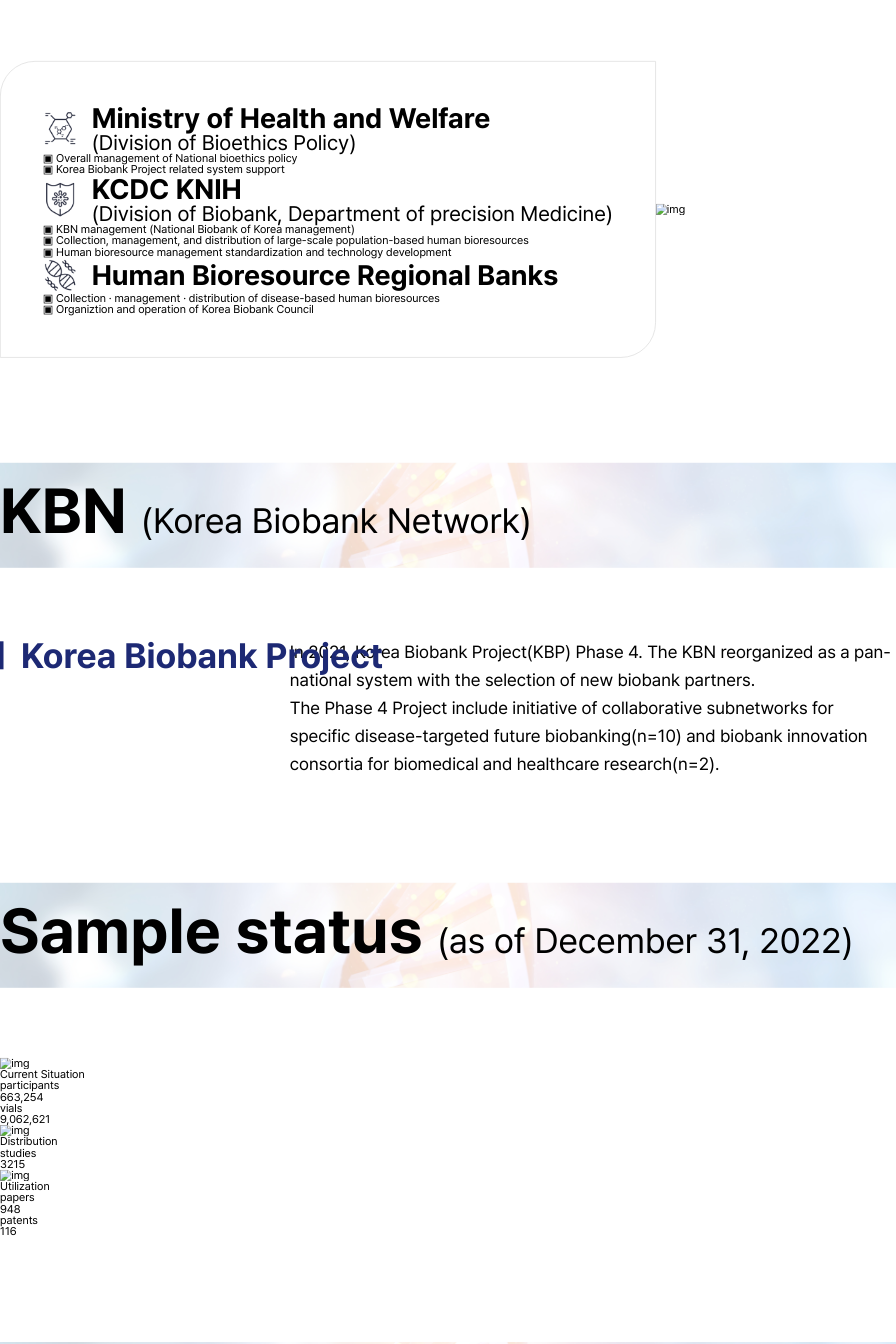
Repository: dlgywls1130/kbn_makedit
Page: index.html
An editor plug-in stored every save of this project. The page is shown before and after the next save, followed by the edit.
The browser window is 1280 px wide. The pictures show the part of the page from y = 1893 to 3813 px (the page is 4991 px tall before and 4994 px after), at 70% of full size.
Some web libraries are served in a nearby version.

Above is the page before, as saved 2023-10-15 16:19:44.

### index.html
<!DOCTYPE html>
<html lang="en">
<head>
    <meta charset="UTF-8">
    <meta name="viewport" content="width=device-width, initial-scale=1.0">
    <title>KBN</title>

    <link rel="stylesheet" href="./css/reset.css">
    <link rel="stylesheet" href="./css/style.css">

    <!-- slick css -->
    <link rel="stylesheet"  type="text/css" href="./css/slick.css">

</head>
<body>

    <!-- header -->
    <header>
        <div class="header_wrapper">
            <div class="header_logo">
                <img src="./image/logo.png" alt="logo">
            </div>
            <ul class="nav_list">
                <li><a href="#about"> About us</a></li>
                <li><a href="#kbn">KBN</a></li>
                <li><a href="#sample">Sample status</a></li>
                <li><a href="#distribution">Distribution procedure</a></li>
                <li><a href="#biobanks">KBN Biobanks</a></li>
            </ul>
            <div class="header_en">
                <div class="en_icon">
                    <img src="./image/language.png" alt="icon">
                </div>
                <p>EN</p>
            </div>
        </div>

    </header>


    <!-- main banner -->
    <section>
        <div class="main_banner">
            <div class="slide_wrap">
                <div class="slide_list first-slide">
                    <div class="slide_content">
                        <h2 class="slide_title">
                            The Biggest Disease-based
                            <Br>Human Biobank Network of Korea
                        </h2>
                        <p class="slide_sub">
                            KBN, the largest biobank network in korea, collects, manages, and holds disease-based
                            <Br>human bioresources, i.e. various samples of more than 600,000 individuals.
                        </p>
                    </div>
                </div>
                <div class="slide_list second-slide">
                    <div class="slide_content">
                        <h2 class="slide_title">
                            KBN Distribution Support Center
                        </h2>
                        <p class="slide_sub">
                            The Center provides human bioresources, and clinical and epidemiological information
                            <Br> held by KBN biobanks nationwide and actively supports the distribution.

                        </p>
                    </div>
                </div>
                <div class="slide_list three-slide">

                    <div class="slide_content">
                        <h2 class="slide_title">
                            KBN Provides On-line Searching Database
                            <Br>and Operates Distribution Support Center
                        </h2>
                        <p class="slide_sub">
                            Researchers conduct KBN human bioresource search, while the distribution support
                            <Br>center provides services customized to individual users.
                        </p>
                    </div>
                </div>
            </div>
        </div>
    </section>

    <!-- about us -->
    <section id="about">
        <div class="about_wrap">
            <div class="content_width">
                <h2 class="section_title">About us</h2>
            </div>

            <div class="about-us">
                <div class="about_content">
                    <div class="content_list mb-100">
                        <div class="list_main">
                            KBN Portal
                        </div>
                        <div class="list_descript">
                            <p class="mb-50">The Korea Biobank Network’s Human Bioresource Sharing and Access Platform, established in 2019, aims
                            to expand the accessibility of the disease-based bioresources collected through KBN and develop a
                            system to collect high-quality standard clinical information, thereby establishing a distribution support
                            system tailored to researchers.</p>

                            <p>The KBN portal is the largest shared open platform for disease-based resource owned by KBN biobanks
                            involved in KDCA(Korea Disease Control and Prevention Agency) KBP(Korea Biobank Project).
                            It discloses and shares related information including disease-based resource status, systematic search,
                            efficient distribution, and utilization outcomes to researchers in order to improve the efficient utilization of
                            national disease-based resources.</p>
                        </div>
                    </div>
                    <div class="content_list">
                        <div class="list_main">
                            Structure
                        </div>
                        <div class="list_descript">
                            <p>Structure is organized by the Ministry of Health and Welfare(Division of Bioethics Policy), the KDCA Korea
                                National Institute of Health(Division of Biobank, Department of precision Medicine), KBN Biobanks.</p>
                        </div>
                    </div>
                </div>
                <div class="about_acodian">
                    <div class="acodian_list">
                        <div class="accordion-item">
                            <h3 class="title">
                                <div class="acodian_icon">
                                    <img src="./image/about_ico1.png" alt="icon">
                                </div>
                                <p>Ministry of Health and Welfare
                                    <span>(Division of Bioethics Policy)</span>
                                </p>

                            </h3>
                            <div class="paragraph">
                                <p>▣ Overall management of National bioethics policy</p>
                                <p>▣ Korea Biobank Project related system support</p>
                            </div>
                        </div>
                        <div class="accordion-item">
                            <h3 class="title">
                                <div class="acodian_icon">
                                    <img src="/image/about_ico2.png" alt="icon">
                                </div>
                                <p>KCDC KNIH
                                    <span>(Division of Biobank, Department of precision Medicine)</span>
                                </p>

                            </h3>
                            <div class="paragraph">
                                <p>▣ KBN management (National Biobank of Korea management)</p>
                                <p>▣ Collection, management, and distribution of large-scale population-based human bioresources </p>
                                <p>▣ Human bioresource management standardization and technology development</p>
                            </div>
                        </div>
                        <div class="accordion-item">
                            <h3 class="title">
                                <div class="acodian_icon">
                                    <img src="/image/about_ico3.png" alt="icon">
                                </div>
                                <p>Human Bioresource Regional Banks</p>

                            </h3>
                            <div class="paragraph">
                                <p>▣ Collection · management · distribution of disease-based human bioresources</p>
                                <p>▣ Organiztion and operation of Korea Biobank Council</p>
                            </div>
                        </div>
                    </div>
                    <div class="acodian_circle">
                        <img src="" alt="img">
                    </div>
                </div>
            </div>
        </div>

    </section>

    <!-- kbn -->

    <section id="kbn">
        <div class="kbn_wrap">
            <div class="content_width">
                <h2 class="section_title">KBN <span>(Korea Biobank Network)</span></h2>
            </div>
            <div class="kbn_content">
                <div class="content_list">
                    <div class="list_main">
                        Korea Biobank Project
                    </div>
                    <div class="list_descript">
                        <p>In 2021, Korea Biobank Project(KBP) Phase 4. The KBN reorganized as a pan-national system with the
                            selection of new biobank partners.
                            </p>

                        <p>The Phase 4 Project include initiative of collaborative subnetworks for specific disease-targeted future
                            biobanking(n=10) and biobank innovation consortia for biomedical and healthcare research(n=2).
                            </p>
                    </div>
                </div>
                <div class="kbn_guidance_wrap">

                </div>
            </div>
        </div>

    </section>

    <!-- sample -->

    <section id="sample">
        <div class="sample_wrap">
            <div class="content_width">
                <h2 class="section_title">Sample status <span>(as of December 31, 2022)</span></h2>
            </div>
            <div class="sample_content">
                <div class="sample_list">
                    <div class="sample_list_left">
                        <div class="sample_list_icon">
                            <img src="" alt="img">
                        </div>
                        <div class="sample_list_title">
                            Current Situation
                        </div>
                    </div>
                    <div class="sample_list_right">
                        <div class="right_span">
                            <span>participants</span>
                            <p>663,254</p>
                        </div>
                        <div class="right_span">
                            <span>vials</span>
                            <p>9,062,621</p>
                        </div>
                    </div>
                </div>
                <div class="sample_list">
                    <div class="sample_list_left">
                        <div class="sample_list_icon">
                            <img src="" alt="img">
                        </div>
                        <div class="sample_list_title">
                            Distribution
                        </div>
                    </div>
                    <div class="sample_list_right">
                        <div class="right_span">
                            <span>studies</span>
                            <p>3215</p>
                        </div>
                    </div>
                </div>
                <div class="sample_list">
                    <div class="sample_list_left">
                        <div class="sample_list_icon">
                            <img src="" alt="img">
                        </div>
                        <div class="sample_list_title">
                            Utilization
                        </div>
                    </div>
                    <div class="sample_list_right">
                        <div class="right_span">
                            <span>papers</span>
                            <p>948</p>
                        </div>
                        <div class="right_span">
                            <span>patents</span>
                            <p>116</p>
                        </div>
                    </div>
                </div>
            </div>
        </div>

    </section>

    <!-- Distribution  -->
    <section id="distribution">
        <div class="distribution_wrap">
            <div class="content_width">
                <h2 class="section_title white">Distribution procedure</h2>
            </div>
            <div class="distribution_about">
                <div class="content_list">
                    <div class="list_main">
                        Procedure
                    </div>
                    <div class="list_descript">
                        <p>KBN Human bioresources application procedure for distribution.</p>

                        <p>KBN distributes the collected human bioresources to researchers for domestic healthcare R&D.
                            For access to, researcher(s) residing in Korea and carrying out a research project that has obtained IRB
                            approval(or exemption) can apply for access to human bioresource distribution, and if approved by the
                            Access and Sharing Committee, the bioresources are released.
                        </p>
                    </div>
                </div>
                <div class="text_slide">

                </div>
            </div>
        </div>
    </section>

    <!-- Biobanks  -->
    <section id="biobanks">
        <div class="biobank_wrap">
            <div class="content_width">
                <h2 class="section_title">KBN Biobanks <span>- targeted diseases</span></h2>
            </div>
            <div class="biobank_content">
                <div class="biobank_tab">

                </div>

            </div>
        </div>

    </section>

    <!-- logo slide -->
    <section>
        <div class="logo_loop">

        </div>
    </section>

    <!-- footer -->
    <footer>
        <div class="footer_wrap">
            <div class="footer_left">
                <h3 class="footer_title">
                    CONTACT US
                </h3>

                <div class="footer_contain">
                    <ul>
                        <li class="footer_text">kbnysvc@gmail.com</li>
                        <li class="footer_phone">+82 -31-546-2715</li>
                        <li class="footer_text">Monday-Friday 8:30am ~ 5:30pm</li>
                        <li class="footer_text">(Saturday and Sunday, Holidays : ClOSED)</li>
                    </ul>
                    <ul>
                        <li><img src="" alt="icon"></li>
                        <li><img src="" alt="icon"></li>
                    </ul>
                </div>

                <p>Yongin Severance Hospital 363, Dongbaekjukjeon-daero, Giheung-gu, Yongin-si, Gyeonggi-do 16995, Republic of Korea</p>
            </div>

            <div class="footer_right">
                <div class="right_top">
                    <h3 class="footer_title">
                        SOCIAL LINKS
                    </h3>
                    <div class="footer_sns">
                        <a href="" class="link_sns">
                            <img src="" alt="sns">
                        </a>
                        <a href="" class="link_sns">
                            <img src="" alt="sns">
                        </a>
                        <a href="" class="link_sns">
                            <img src="" alt="sns">
                        </a>

                    </div>
                </div>
                <div class="right_bottom">
                    <h3 class="footer_title">
                        RELATED SITE
                    </h3>
                    <div class="link_site">
                        <a href="" class="site_link">
                            <img src="" alt="link">
                        </a>
                        <a href="" class="site_link">
                            <img src="" alt="link">
                        </a>

                    </div>
                </div>

            </div>
        </div>
        <div class="footer_copy">
            <p>YONSEI UNIVERSITY, YONGIN SEVERANCE HOSPITAL. ALL RIGHTS RESERVED </p>
            <div class="copy_right">
                <p>Personal information processing policy</p>
                <p>Terms and Conditions</p>
            </div>
        </div>
    </footer>


    <script type="text/javascript" src="//code.jquery.com/jquery-1.11.0.min.js"></script>
    <script src="./js/slick.min.js"></script>
    <script src="./js/main.js"></script>
</body>
</html>

### css/style.css
:root{
    --main-text:#1D2974;
    --black-text:#000;
}


/* common */

body{
    font-family: 'pretendard',sans-serif ;
}

/* font */
@font-face {
    font-family: pretendard;
    src: url('/font/Pretendard-Regular.woff2') format('woff2'),
    url('/font/Pretendard-Regular.woff') format('woff'),
    url('/font/Pretendard-Regular.ttf') format('ttf'),
    url('/font/Pretendard-Regular.otf') format('otf');
    font-weight: 400;
}

@font-face {
    font-family: pretendard;
    src: url('/font/Pretendard-Medium.woff2') format('woff2'),
    url('/font/Pretendard-Medium.woff') format('woff'),
    url('/font/Pretendard-Medium.ttf') format('ttf'),
    url('/font/Pretendard-Medium.otf') format('otf');
    font-weight: 500;
}

@font-face {
    font-family: pretendard;
    src: url('/font/Pretendard-Bold.woff2') format('woff2'),
    url('/font/Pretendard-Bold.woff') format('woff'),
    url('/font/Pretendard-Bold.ttf') format('ttf'),
    url('/font/Pretendard-Bold.otf') format('otf');
    font-weight: 700;
}


section{margin-bottom:150px;}

.section_title{
    font-size: 90px;
    font-weight: 700;
    line-height:40px;
    max-width: 1680px;
    width: 100%;
    margin: 0 auto;
}

.section_title span{
    font-weight: 300;
    font-size: 50px;
}

.content_width{
    width: 100%;
    height: 150px;
    background:url('/image/title_back.jpg');
    background-repeat: no-repeat;
    background-size:cover;
    margin-bottom: 100px;
    display: flex;
    align-items: center;
}

.content_list {
    display: flex;
    align-items: flex-start;
    justify-content: space-between;
}

.content_list .list_main{
    position: relative;
    width: 30%;
    font-size: 50px;
    font-weight: 700;
    color: var(--main-text);
    white-space: nowrap;
    padding-left: 30px;
}

.content_list .list_main::before{
    position: absolute;
    content: '';
    left: 0;
    top: 50%;
    transform: translate(0,-50%);
    height: 40px;
    width: 5px;
    background: var(--main-text);
}

.content_list .list_descript{
    width: 70%;
}

.content_list .list_descript p{
    font-size: 25px;
    font-weight: 300;
    line-height: 40px;
}


/* common margin */

.mb-50{margin-bottom: 50px;}
.mb-100{margin-bottom: 100px;}


/* header */

header{
    position: fixed;
    top: 0;
    left: 0;
    background: #fff;
    width: 100%;
    height: 138px;
    padding: 28px 0;
    box-sizing: border-box;
    z-index: 9;
}

.header_wrapper{
    max-width: 1680px;
    width: 100%;
    margin: 0 auto;
    display: flex;
    align-items: center;
    justify-content: space-between;
}

.header_logo{
    width: 250px;
    height: 80px;
}

.header_logo img{
    width: 100%;
    height: 100%;
    object-fit: contain;
}

.header_wrapper .nav_list{
    display: flex;
}

.header_wrapper .nav_list li{
    padding: 0 50px;
}

.header_wrapper .nav_list li a{
    font-size: 25px;
    font-weight: 500;
    line-height: 0.03em;
    text-decoration: none;
    color:var(--black-text);
}

.header_en{display: flex; align-items: center;}

.header_en .en_icon{
    width: 24px;
    height: 24px;
}

.header_en .en_icon img{
    width: 100%;
    height: 100%;
    object-fit: contain;
}

.header_en p{
    margin-left: 8px;
    font-size: 20px;
    font-weight: 700;
}

/* main_banner */

.slide_wrap .slide_list{
    width: 100%;
    height: 100vh;
    position: relative;
}

.slide_wrap .slide_list.first-slide{
    background: url('/image/main_slide1.jpg');
    background-repeat: no-repeat;
    background-position: right center;
    background-size: cover;
}

.slide_wrap .slide_list.second-slide{
    background: url('/image/main_slide2.jpg');
    background-repeat: no-repeat;
    background-position: center center;
    background-size: cover;
}

.slide_wrap .slide_list.three-slide{
    background: url('/image/main_slide3.jpg');
    background-repeat: no-repeat;
    background-position: left center;
    background-size: cover;
}

.slide_content{
width: 100%;
position: absolute;
right: 8%;
top: 40%;
transform: translate(0,-50%);
}

.slide_content .slide_title{
    font-size: 60px;
    font-weight: 700;
    color: #fff;
    letter-spacing: 0.07em;
    text-align: right;
}

.slide_content .slide_sub{
    font-size: 25px;
    font-weight: 400;
    color: #fff;
    letter-spacing: 0.04em;
    text-align: right;
    margin-top: 40px;
}

.slick-dots{
    display: flex!important;
    align-items: center;
    position: absolute;
    top: 65%;
    right: 8%;
    column-gap: 30px;
}

.slick-dots button {
    color: rgba(2255,255,255,0.45);
    background:none;
    border-bottom:5px solid rgba(255,255,255,0.45);
    font-size: 25px;
    font-weight: 700;
    padding-bottom: 15px;
    border-top: none;
    border-left: none;
    border-right: none;
    box-shadow: none;
    outline: none;
}

.slick-dots button:hover,
.slick-dots .slick-active button {
    border-bottom:5px solid rgba(255,255,255,1);
    color: rgba(255,255,255,1);
}

.slick-arrow{
position: absolute;
top: 55%;

}

.slick-next{
    right: 8%;
    transform: rotate(45deg);
}

.slick-prev{
    right: 10%;
    z-index: 1;
    transform: rotate(225deg);
}

.arrow{
    width: 30px; /* 사이즈 */
    height: 30px; /* 사이즈 */
    border-top: 8px solid #fff; /* 선 두께 */
    border-right: 8px solid #fff; /* 선 두께 */
}


/* about us */
.about-us{
    max-width: 1680px;
    margin: 0 auto;
}

.about_content{
    margin-bottom: 150px;
}

.about_acodian{
    display: flex;
    align-items: center;
}

.acodian_list{
    padding: 60px;
    box-sizing: border-box;
    height: auto;
    border: 1px solid #DCDCDC;
    border-radius: 50px 0;
}

.accordion-item .title{
 display: flex;
 align-items: center;
}

.accordion-item .title p{
    font-size: 40px;
    font-weight: 700;
    color: #000;
    margin-left: 20px;
}

.accordion-item .title p span{
    font-size: 30px;
    font-weight: 300;
    display: block;
}

.accordion-item .acodian_icon{
    width: 50px;
    height: 50px;
}

.accordion-item .acodian_icon img{
    width: 100%;
    height: 100%;
}

### js/main.js
// main banner

$('.slide_wrap').slick({
    slidesToShow: 1,
    arrows: true,
    dots:true,
    autoplay: true,
  autoplaySpeed: 2000,
  infinite: true,
  prevArrow: '<div class="arrow slick-prev"></div>',
    nextArrow: '<div class="arrow slick-next"></div>',
  customPaging: function(slider, i) {
    var titles = ['Biobank', 'Support Center', 'On-line Searching'];
    return '<button>' + titles[i] + '</button>';
}
  });

Loaded but not shown: css/reset.css (common file); css/slick.css (common file); js/slick.min.js (library)

After the next save:
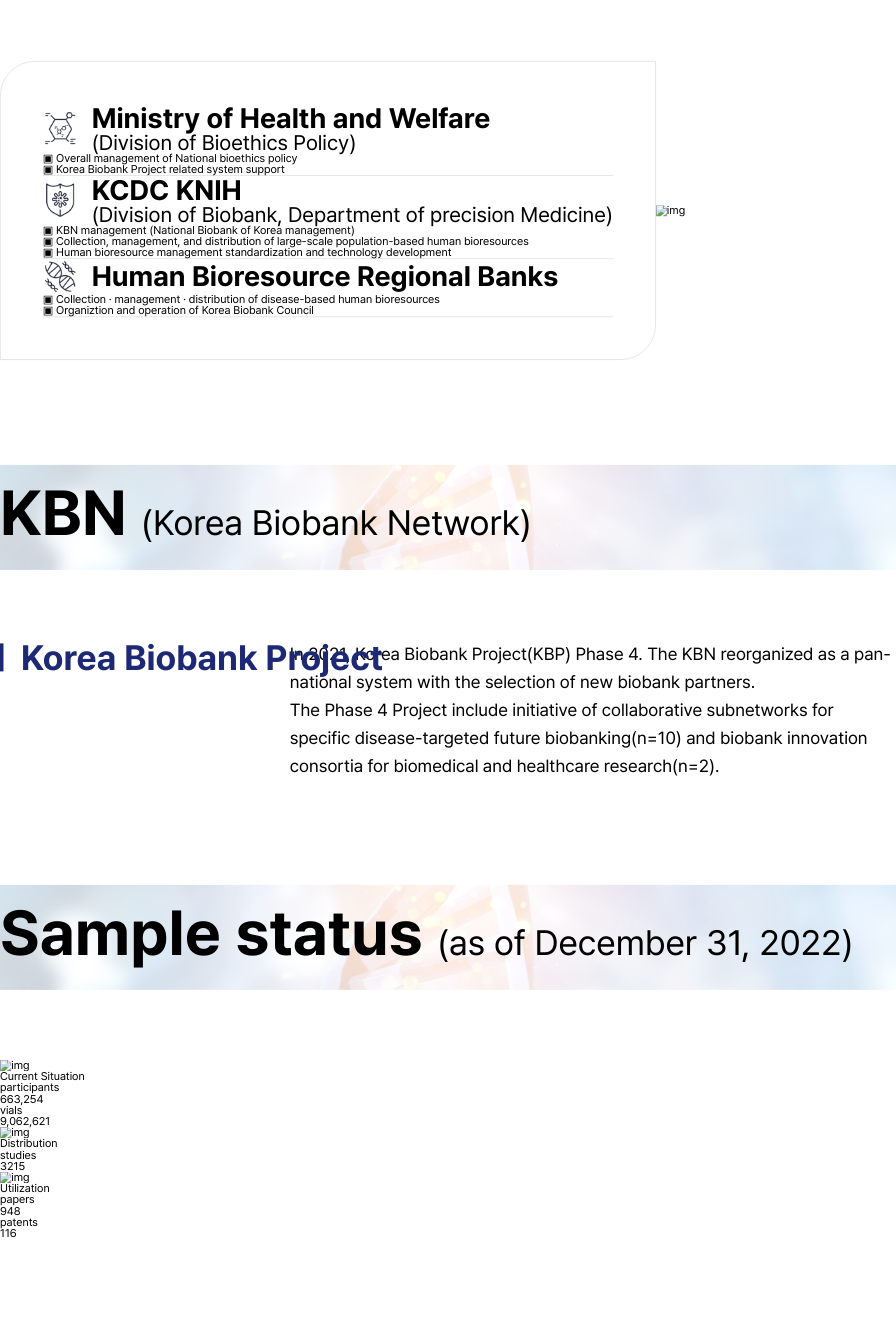
Saved 56 s later.
--- a/css/style.css
+++ b/css/style.css
@@ -310,6 +310,10 @@
     border-radius: 50px 0;
 }
 
+.accordion-item{
+    border-bottom: 1px solid #DCDCDC;
+}
+
 .accordion-item .title{
  display: flex;
  align-items: center;
